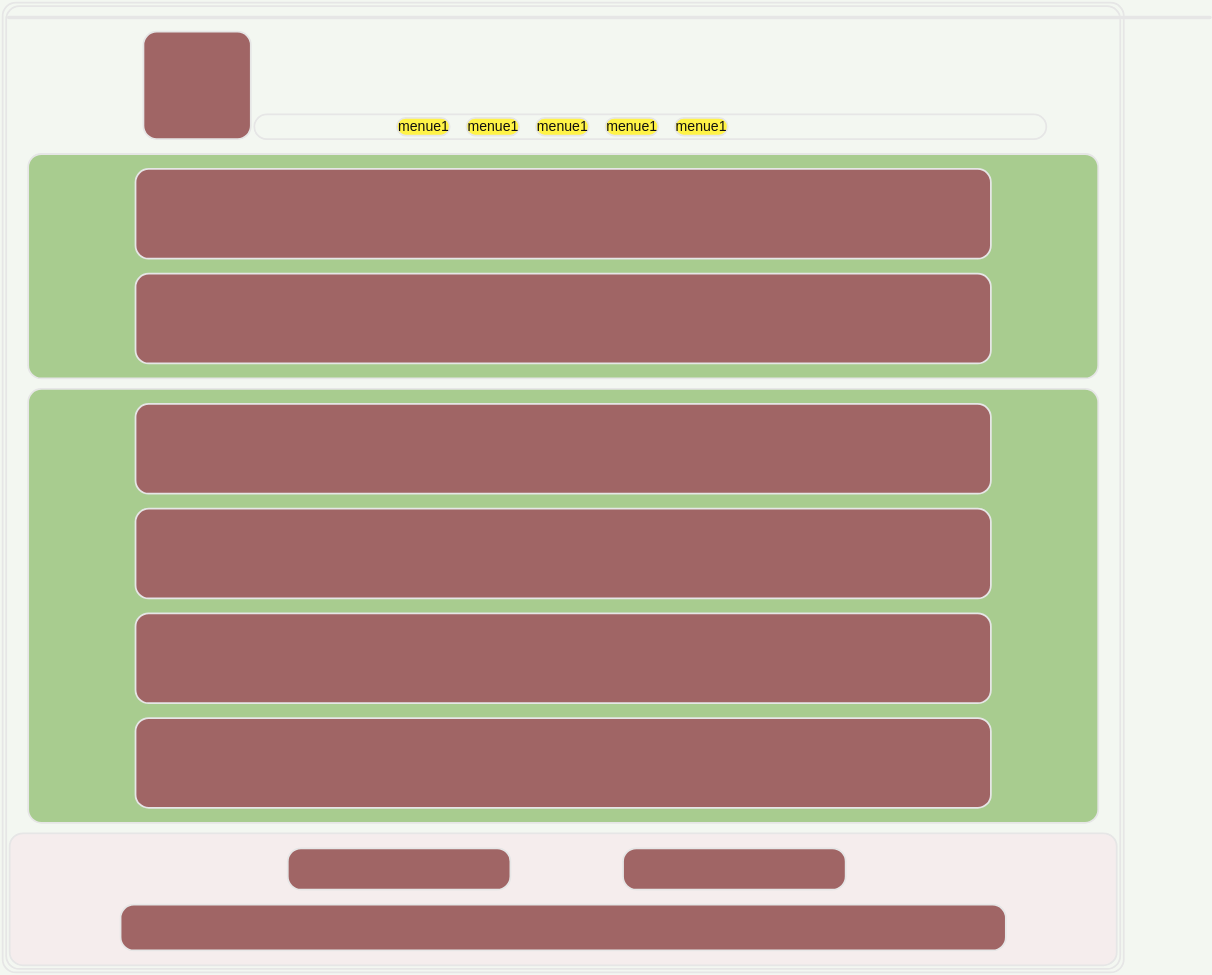
Repository: clairedupuich/cv-claireDUPUICH
Page: cv.html
These files come from the project's save history. The page is drawn as it stood at one moment and after the next save; the edit follows.
The browser window is 1280 px wide. The page is 1377 px wide, so the pictures cover 1377 px, including what lies to the right of the window. The pictures show the whole page, at 88% of full size.

Above is the page before, as saved 2020-10-08 16:47:31.

After the next save:
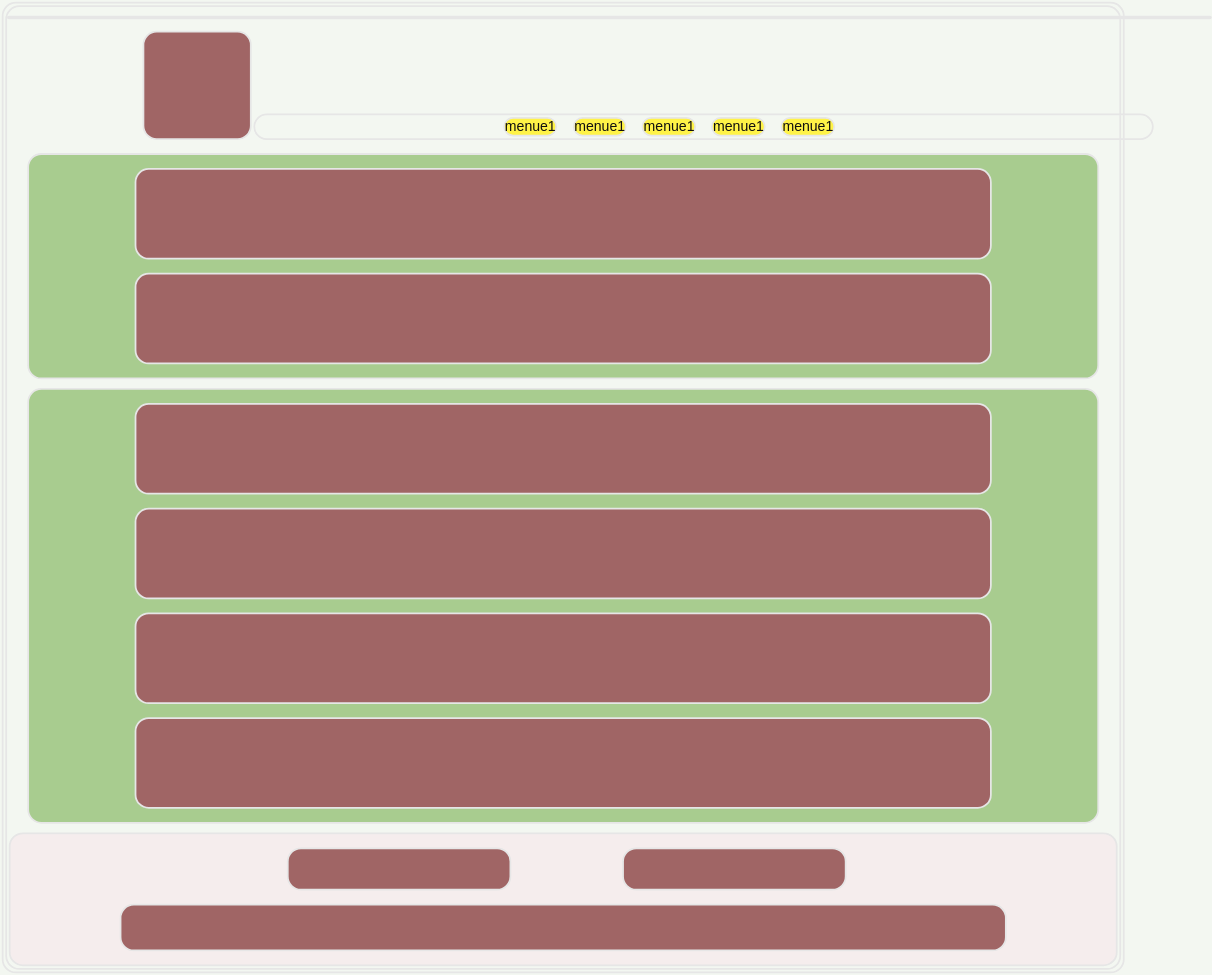
Saved 16 s later.
--- a/cv.css
+++ b/cv.css
@@ -138,7 +138,7 @@
         color: rgb(17, 16, 16);
         width: 62%;
         margin-top: 9%;
-        padding-left: 12%;
+        padding-left: 22%;
     }
 
 
